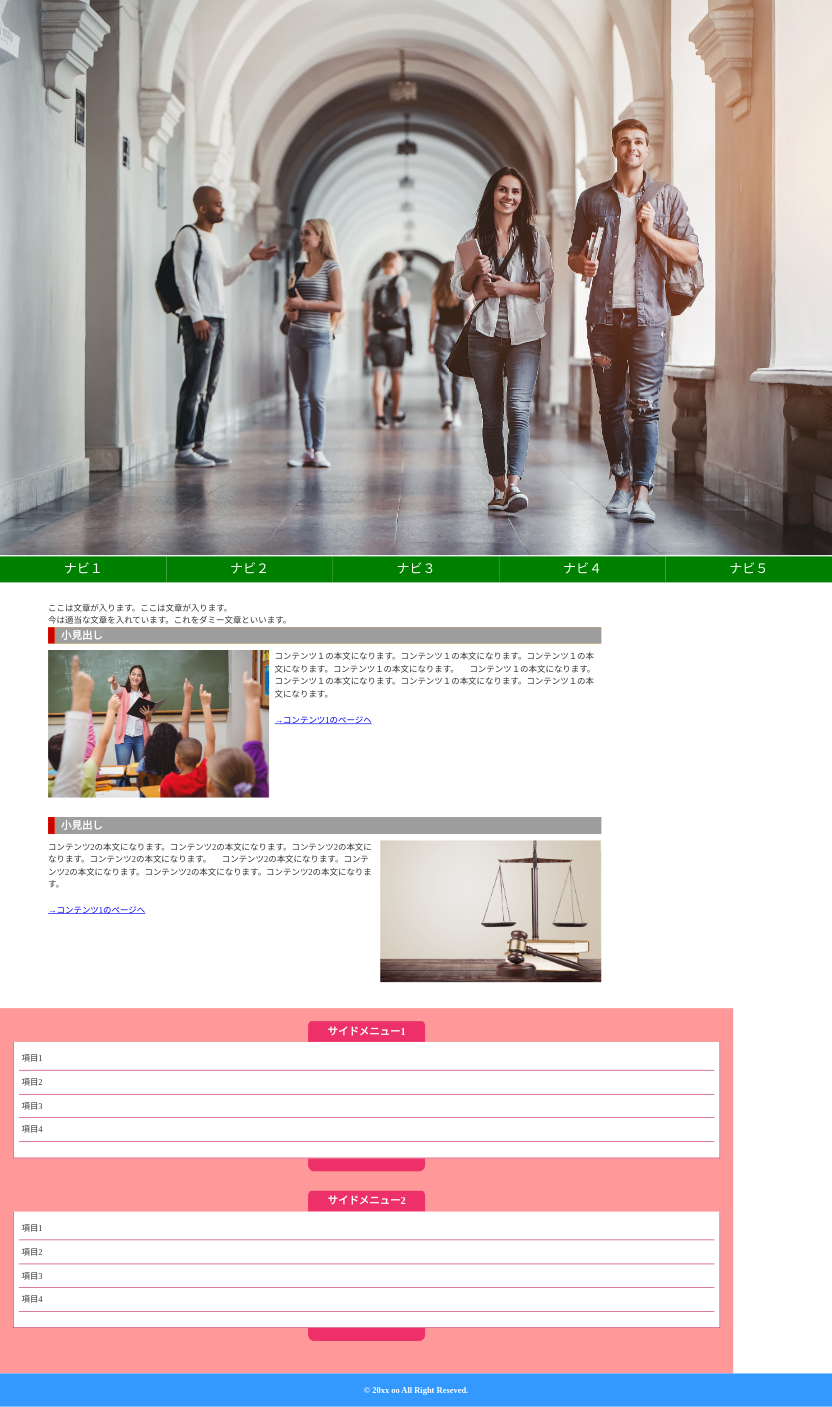
Repository: nekonoko114/samurai_HTML-CSS
Page: home.html
The author's editor kept a record of every edit. The page is drawn from the files as they stood at one moment, then again after the next edit.
The browser window is 1280 px wide. The pictures show the whole page, at 65% of full size.
Pictures or frames that could not be fetched are drawn as grey boxes.

Above is the page before.

After the next edit:
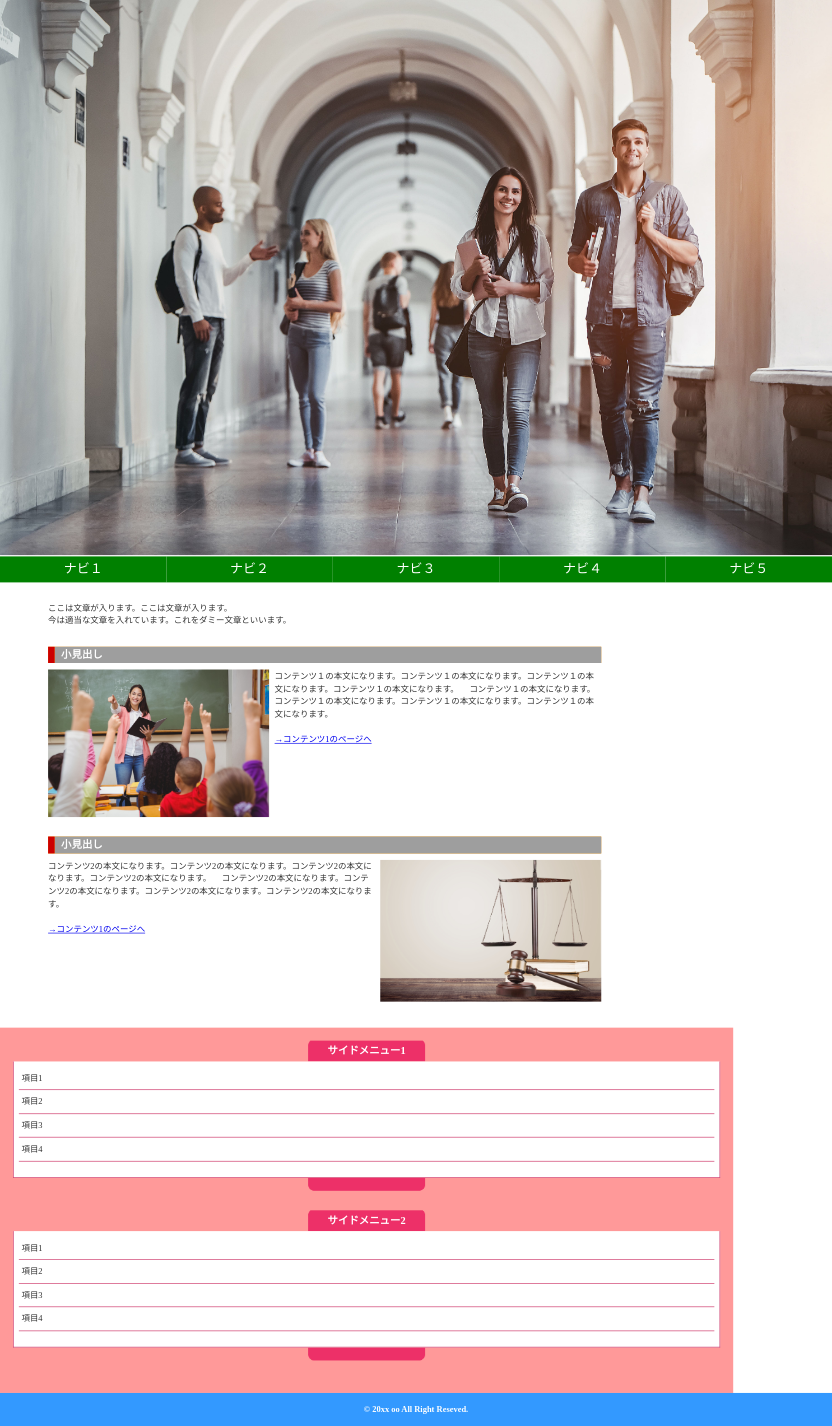
The edit:
--- a/home.html
+++ b/home.html
@@ -24,7 +24,8 @@
      <div id="container">
            <div id="main">
                  <div class="post">
-                       <p>ここは文章が入ります。ここは文章が入ります。<br>今は適当な文章を入れています。これをダミー文章といいます。    </p>
+                  <p>ここは文章が入ります。ここは文章が入ります。<br>今は適当な文章を入れています。これをダミー文章といいます。    </p>
+                  </div>
                        <div class="post clearfix">
                              <h2>小見出し</h2>
                              <img class="left" src="images/classroom.jpg" alt="授業風景">
